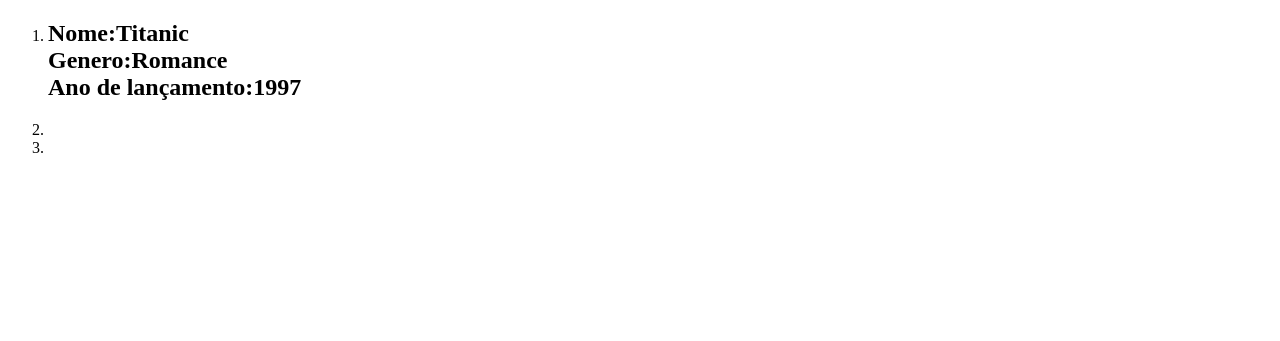
Repository: RodrigoModesto33/Estudos-JavaWeb
Page: CatalogoDeFilmes/WebContent/listadefilmes.html
An editor plug-in stored every save of this project. The page is shown before and after the next save, followed by the edit.
The browser window is 1280 px wide. The pictures show the whole page.

Above is the page before, as saved 2021-02-21 19:18:50.

### CatalogoDeFilmes/WebContent/listadefilmes.html
<!DOCTYPE html>
<html>
<head>
<meta charset="UTF-8">
<title>Lista de Filmes</title>
</head>
<body>
<ol>
<li><h2>Nome:Titanic <br>
	Genero:Romance <br>
	Ano de lançamento:1997</h2>
</li>

<li></li>

<li></li>

</ol>
</body>
</html>

After the next save:
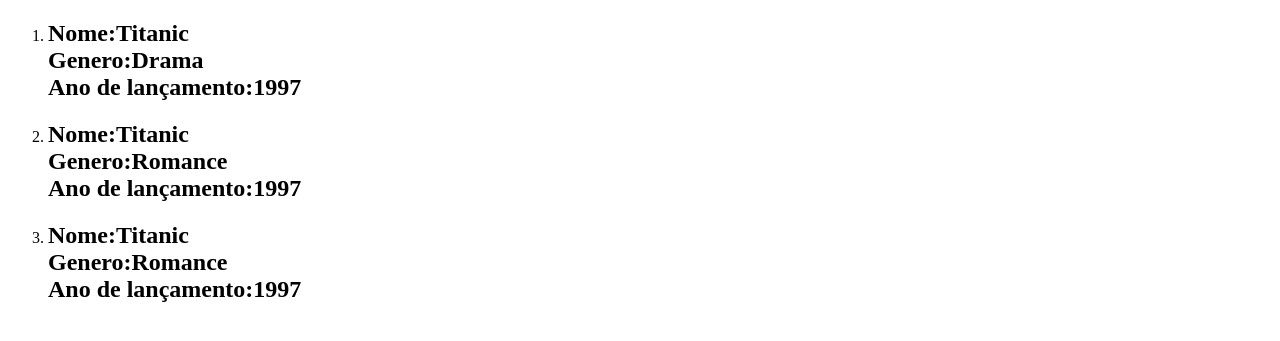
Saved 7 min 2 s later.
--- a/CatalogoDeFilmes/WebContent/listadefilmes.html
+++ b/CatalogoDeFilmes/WebContent/listadefilmes.html
@@ -7,14 +7,19 @@
 <body>
 <ol>
 <li><h2>Nome:Titanic <br>
+	Genero:Drama <br>
+	Ano de lançamento:1997</h2>
+</li>
+
+<li><h2>Nome:Titanic <br>
 	Genero:Romance <br>
 	Ano de lançamento:1997</h2>
 </li>
 
-<li></li>
-
-<li></li>
-
+<li><h2>Nome:Titanic <br>
+	Genero:Romance <br>
+	Ano de lançamento:1997</h2>
+</li>
 </ol>
 </body>
 </html>
